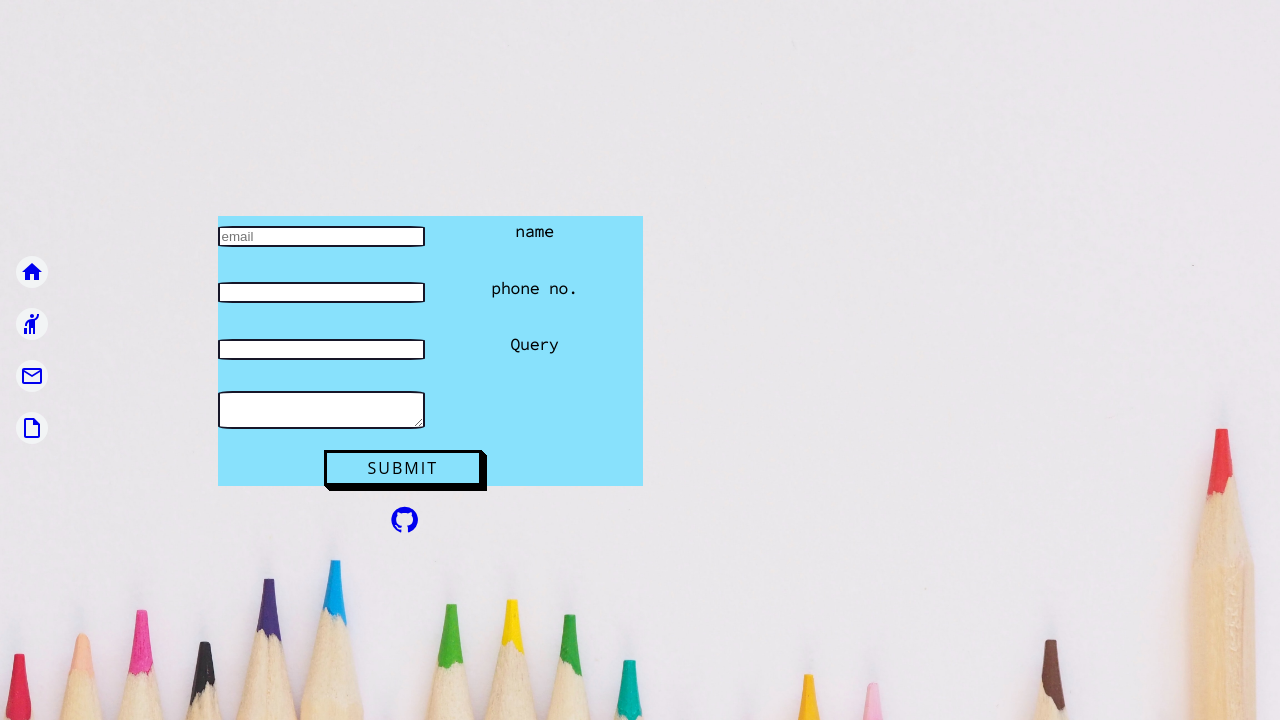
Repository: ujjawalmittal55/portfolio1
Page: /contact
The author's editor kept a copy of each file at every save. The page is drawn from the files as they stood at one save, then again after the next save.
The browser window is 1280 px wide. The pictures show the whole page.
The project was rebuilt for these pictures with package versions that can differ from the ones it lists, and the page was loaded fresh each time. Also part of the build but not shown: src/display.css, src/Display.tsx, src/about.css, src/About.jsx, src/document.css, src/Document.jsx.

Above is the page before, as saved 2022-05-18 22:07:38.

### public/index.html
<!DOCTYPE html>
<html lang="en">
  <head>

    <style>
      @import url('https://fonts.googleapis.com/css2?family=Montserrat:ital,wght@0,100;1,100&family=Source+Code+Pro:wght@300&display=swap');
    </style>
    <meta charset="utf-8" />
    <link rel="icon" href="%PUBLIC_URL%/favicon.ico" />
    <meta name="viewport" content="width=device-width, initial-scale=1" />
    <meta name="theme-color" content="#000000" />
    <meta
      name="description"
      content="Web site created using create-react-app"
    />
    <link rel="apple-touch-icon" href="%PUBLIC_URL%/logo192.png" />
    <!--
      manifest.json provides metadata used when your web app is installed on a
      user's mobile device or desktop. See https://developers.google.com/web/fundamentals/web-app-manifest/
    -->
    <link rel="manifest" href="%PUBLIC_URL%/manifest.json" />
    <!--
      Notice the use of %PUBLIC_URL% in the tags above.
      It will be replaced with the URL of the `public` folder during the build.
      Only files inside the `public` folder can be referenced from the HTML.

      Unlike "/favicon.ico" or "favicon.ico", "%PUBLIC_URL%/favicon.ico" will
      work correctly both with client-side routing and a non-root public URL.
      Learn how to configure a non-root public URL by running `npm run build`.
    -->
    <title>React App</title>
  </head>
  <body>
    <noscript>You need to enable JavaScript to run this app.</noscript>
    <div id="root"></div>
    <!--
      This HTML file is a template.
      If you open it directly in the browser, you will see an empty page.

      You can add webfonts, meta tags, or analytics to this file.
      The build step will place the bundled scripts into the <body> tag.

      To begin the development, run `npm start` or `yarn start`.
      To create a production bundle, use `npm run build` or `yarn build`.
    -->
  </body>
</html>

### src/index.tsx
import React from "react";
import ReactDOM from "react-dom/client";
import "./index.css";
import App from "./App";
import Portfolio from "./Portfolio";
import SideBar from "./SideBar";

import reportWebVitals from "./reportWebVitals";
import { BrowserRouter } from "react-router-dom";

const rootElement = document.getElementById("root");
if (!rootElement) throw new Error("Failed to find the root element");
const root = ReactDOM.createRoot(rootElement);
root.render(
  <React.StrictMode>
    <BrowserRouter>
      <Portfolio />
    </BrowserRouter>
  </React.StrictMode>
);

// If you want to start measuring performance in your app, pass a function
// to log results (for example: reportWebVitals(console.log))
// or send to an analytics endpoint. Learn more: https://bit.ly/CRA-vitals
reportWebVitals();

### src/Portfolio.tsx
import React, { Component } from "react";
import { BrowserRouter, Route, Link, Routes } from "react-router-dom";
import Display from "./Display";
import "./homepage.css";
import SideBar from "./SideBar";
import About from "./About";
import Document from "./Document";
import Contact from "./Contact";
function Portfolio() {
  return (
    <div className="Home">
      <div className="sidebar">
        <SideBar />
      </div>
      <div className="main_content">
        <Routes>
          <Route path="/" element={<Display />} />
          <Route path="/about" element={<About />} />
          <Route path="/contact" element={<Contact />} />
          <Route path="/projects" element={<Display />} />
          <Route path="/document" element={<Document />} />
        </Routes>
      </div>
    </div>
  );
}

export default Portfolio;

### src/homepage.css
.Home {
  background-image: url("/public/bg.jpg");
  background-size: cover;
  background-repeat: no-repeat;
  display: flex;
}
.main_content {
  flex: 1;
}

### src/SideBar.tsx
import React, { useState } from "react";
import {
  BrowserRouter as Router,
  Route,
  Link,
  useParams,
  NavLink,
} from "react-router-dom";

import "./sidebar.css";
import HomeIcon from "@mui/icons-material/Home";
import HailIcon from "@mui/icons-material/Hail";
import InsertDriveFileOutlinedIcon from "@mui/icons-material/InsertDriveFileOutlined";
import EmailOutlinedIcon from "@mui/icons-material/EmailOutlined";
import { motion } from "framer-motion";

function SideBar() {
  return (
    <div>
      <div className="sidebar">
        <ul className="sidebar-items">
          <li className="list">
            <Link to="/">
              <div className="list-div">
                <HomeIcon>home</HomeIcon>
              </div>
            </Link>
          </li>
          <Link to="/about">
            <motion.li
              className="list"
              whileHover={{ scale: 1.1, transition: { yoyo: Infinity } }}
            >
              <div className="list-div">
                <HailIcon>home</HailIcon>
              </div>
            </motion.li>
          </Link>
          <Link to="/contact">
            <li className="list">
              <div className="list-div">
                <EmailOutlinedIcon>home</EmailOutlinedIcon>
              </div>
            </li>
          </Link>

          <Link to="/document">
            <li className="list">
              <div className="list-div">
                <InsertDriveFileOutlinedIcon>home</InsertDriveFileOutlinedIcon>
              </div>
            </li>
          </Link>
        </ul>
      </div>
    </div>
  );
}

export default SideBar;

### src/Contact.jsx
import React, { useState } from "react";
import { GitHub } from "@mui/icons-material";
import { motion } from "framer-motion";
import "./contact.css";
const spanVariants = {
  hidden: {
    opacity: 0,
    y: "100vh",
  },
  visible: {
    opacity: 1,
    y: 0,
    scale: 1.2,
    transition: { duration: 2 },
  },
};
const inputVariants = {
  hover: {
    scale: 1.2,
  },
};
function Contact() {
  const [email, setEmail] = useState("");
  const [name, setName] = useState("");
  const [phone, setPhone] = useState("");
  const [query, setQuery] = useState("");
  const clearState = () => {
    setName("");
    setEmail("");
    setPhone("");
    setQuery("");
  };

  const submit = (e) => {
    e.preventDefault();
    clearState();
  };
  return (
    <div>
      <motion.form
        className="form"
        initial={{ y: "-100vh" }}
        animate={{ y: 0 }}
        transition={{ duration: 1 }}
      >
        <motion.input
          variant={inputVariants}
          whileFocus="hover"
          className="Input"
          placeholder="email"
          whileTap={{
            borderColor: "pink",
            boxShadow: "0 0 0.5rem 0.5rem pink",
          }}
          type="email"
          onChange={(e) => setEmail(e.target.value)}
          value={email}
        />
        <span className="elements">name</span>
        <input
          className="Input"
          type="text"
          value={name}
          onChange={(e) => setName(e.target.value)}
        />

        <span className="elements">phone no.</span>
        <input
          className="Input"
          type="number"
          value={phone}
          onChange={(e) => setPhone(e.target.value)}
        />

        <span className="elements">Query</span>
        <textarea
          className="Input"
          maxLength="500"
          initial="wirte your Query"
          value={query}
          onChange={(e) => setQuery(e.target.value)}
        ></textarea>
        <motion.div
          className="button"
          whileHover={{
            scale: 1.1,
            animate: { style: { boxShadow: "1px 0px 10px #F0FFFF  " } },
            transition: { delay: 0, yoyo: Infinity },
          }}
          onClick={(e) => submit(e)}
        >
          submit
        </motion.div>
      </motion.form>
      <motion.div
        className="social"
        variants={spanVariants}
        initial="hidden"
        animate="visible"
      >
        <a href="https://github.com/ujjawalmittal55" target="_blank">
          <GitHub />{" "}
        </a>
      </motion.div>
    </div>
  );
}

export default Contact;

### src/sidebar.css
.sidebar {
  height: 100%;
  /* background-color: rgb(221, 195, 195) */
}
.sidebar {
  height: 100vh;
  display: grid;
  align-items: center;
  text-align: center;
  text-decoration: none;
}
.sidebar-items {
  padding: 0;
  margin: 1em;
}

.list {
  font-size: 1em;
  margin-bottom: 1.25em;
  list-style-type: none;
  text-align: center;
  text-decoration: none;
  padding: auto;
}

.list-div:hover {
  text-decoration: underline;
  transform: scale(1.25);
  background-color: rgb(126, 128, 247);
}

.list-div {
  display: flex;
  justify-content: center;
  align-items: center;
  text-align: center;
  height: 2em;
  width: 2em;
  background-color: rgb(242, 244, 245);
  border-radius: 50%;
  transition-duration: 0.5s;
}

### src/contact.css
.form {
  background-color: rgb(136, 225, 252);
  display: grid;
  text-align: center;
  margin-top: 30vh;
  margin-left: 12vw;
  width: 35%;
  grid-template-columns: 1fr 1fr;
  grid-row-gap: 3vh;
  align-content: space-between;
  justify-content: space-between;
  align-items: center;
}
.elements {
  margin-top: 5px;
  margin-right: 5px;
  margin-bottom: 10px;
  font-family: "Source Code Pro", monospace;
  font-weight: bold;
}
.button {
  margin-left: 10px;
  grid-column-start: 1;
  grid-column-end: 3;
  width: 30%;
  margin-left: 25%;
  font-family: "Open Sans", sans-serif;
  font-size: 16px;
  letter-spacing: 2px;
  text-decoration: none;
  text-transform: uppercase;
  color: #000;
  cursor: pointer;
  border: 3px solid;
  padding: 0.25em 0.5em;
  box-shadow: 1px 1px 0px 0px, 2px 2px 0px 0px, 3px 3px 0px 0px, 4px 4px 0px 0px,
    5px 5px 0px 0px;
  position: relative;
  user-select: none;
  -webkit-user-select: none;
  touch-action: manipulation;
}

.button:active {
  box-shadow: 0px 0px 0px 0px;
  top: 5px;
  left: 5px;
}

@media (min-width: 768px) {
  .button {
    padding: 0.25em 0.75em;
  }
}

.Input {
  margin-top: 5px;
  margin-right: 5px;
  border-radius: 7%;

  border: 2px solid rgb(22, 22, 40);
}
.Input:checked {
  border: 2px solid rgb(102, 102, 251);
}
.social {
  display: grid;
  text-align: center;
  margin-top: 3vh;
  margin-left: 20vw;
  width: 35%;
  grid-template-columns: 1fr 1fr;
  grid-row-gap: 3vh;
  align-content: center;
  justify-content: center;
  align-items: center;
  border-radius: 10%;
}

Loaded but not shown: src/index.css (common file); src/reportWebVitals.js (common file)

After the next save:
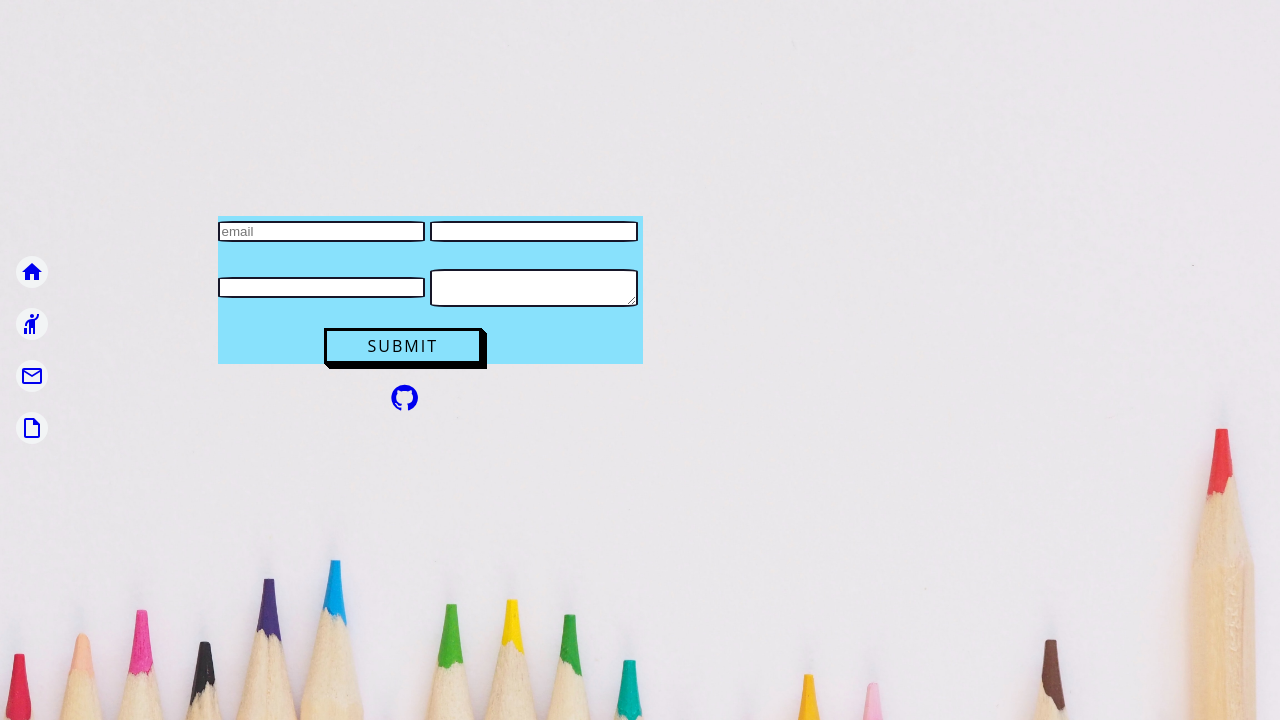
Saved 36 s later.
--- a/src/Contact.jsx
+++ b/src/Contact.jsx
@@ -56,7 +56,6 @@ function Contact() {
           onChange={(e) => setEmail(e.target.value)}
           value={email}
         />
-        <span className="elements">name</span>
         <input
           className="Input"
           type="text"
@@ -64,7 +63,6 @@ function Contact() {
           onChange={(e) => setName(e.target.value)}
         />
 
-        <span className="elements">phone no.</span>
         <input
           className="Input"
           type="number"
@@ -72,7 +70,6 @@ function Contact() {
           onChange={(e) => setPhone(e.target.value)}
         />
 
-        <span className="elements">Query</span>
         <textarea
           className="Input"
           maxLength="500"
